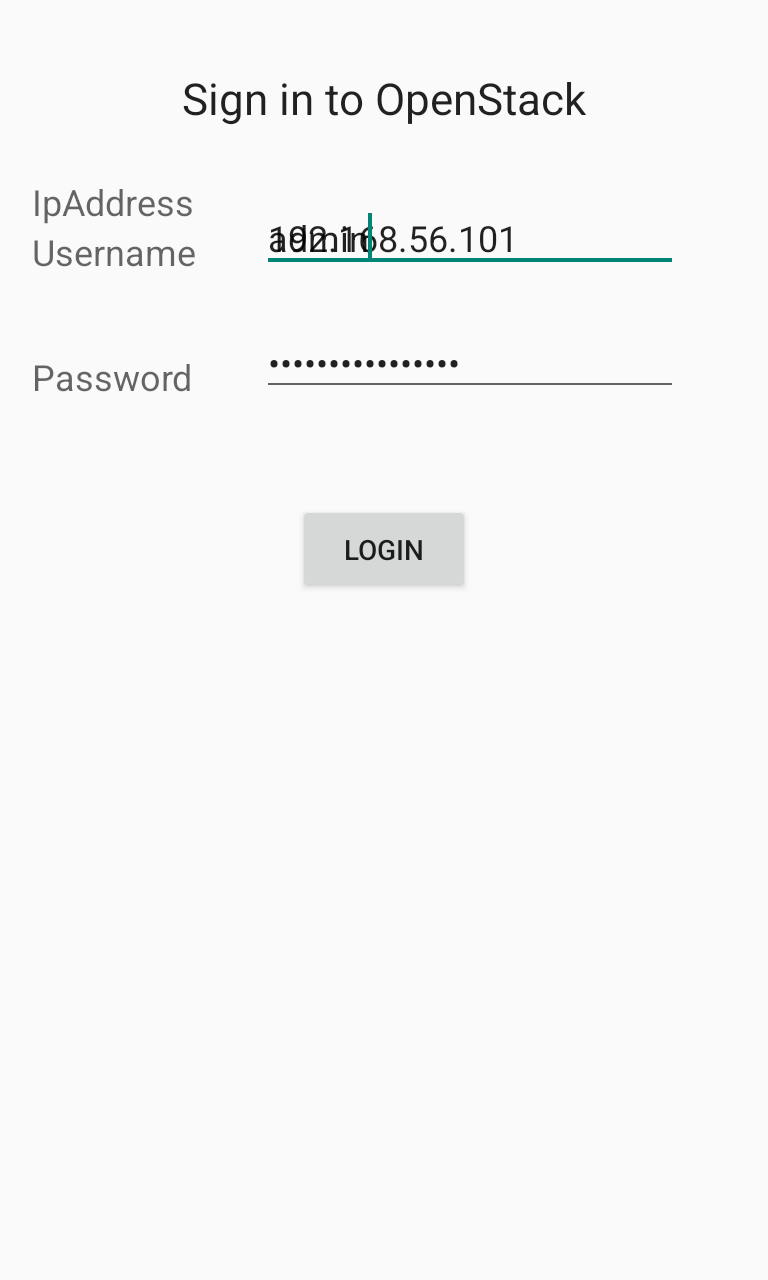
Repository: browndrf/cmpe283
Layout: myopenstack/res/layout/login_activity.xml
An editor plug-in stored every save of this project. The layout is shown before and after the next save, followed by the edit.
It is drawn on a 768 x 1280 px phone screen (xhdpi) without system bars, with theme AppTheme; the app's code is not run.

Above is the layout before, as saved 2014-09-14 01:25:17.

After the next save:
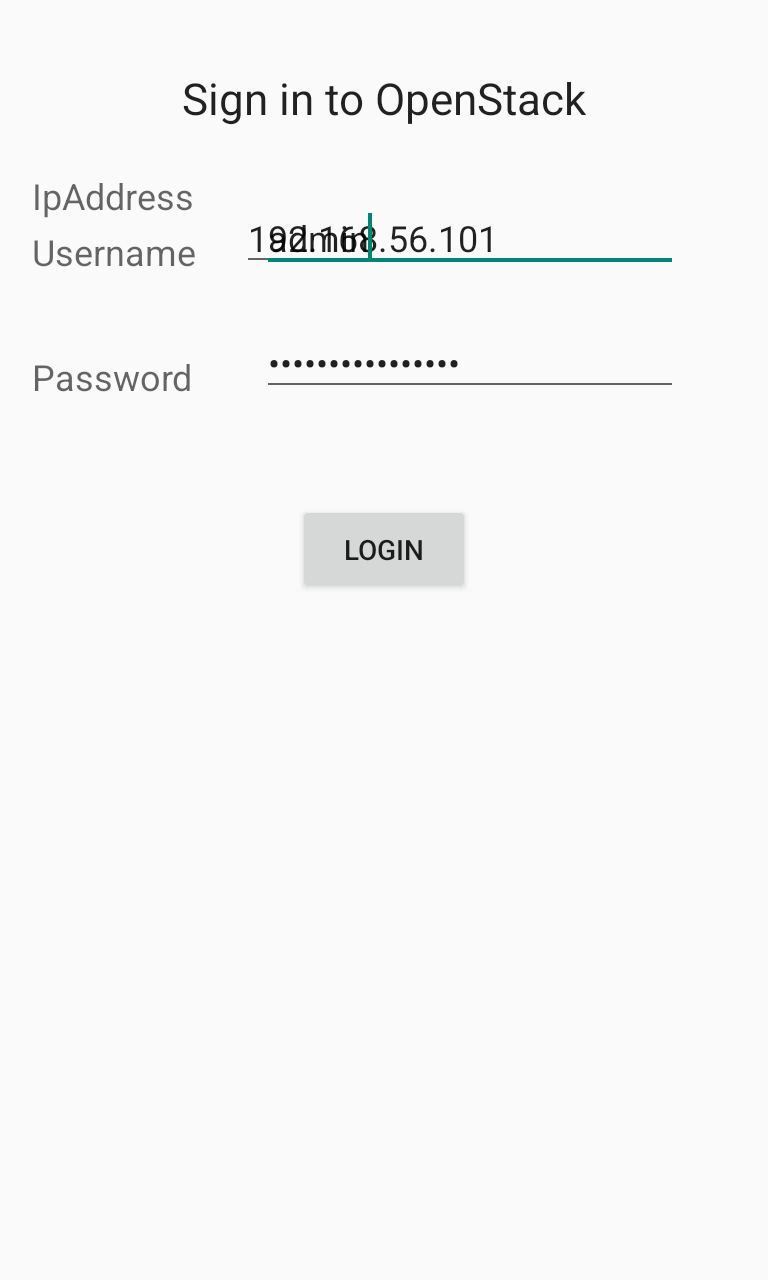
Saved 45 s later.
--- a/myopenstack/res/layout/login_activity.xml
+++ b/myopenstack/res/layout/login_activity.xml
@@ -24,7 +24,7 @@
       android:layout_height="wrap_content"
       android:layout_alignParentLeft="true"
       android:layout_below="@+id/textView1"
-      android:layout_marginTop="25dp"
+      android:layout_marginTop="22dp"
       android:text="IpAddress"
       android:textAppearance="?android:attr/textAppearanceMedium" />
 
@@ -33,7 +33,7 @@
        android:layout_width="wrap_content"
        android:layout_height="wrap_content"
        android:layout_alignBottom="@+id/textView2"
-       android:layout_marginLeft="32dp"
+       android:layout_marginLeft="22dp"
        android:layout_toRightOf="@+id/textView2"
        android:ems="10"
        android:text="192.168.56.101" >
